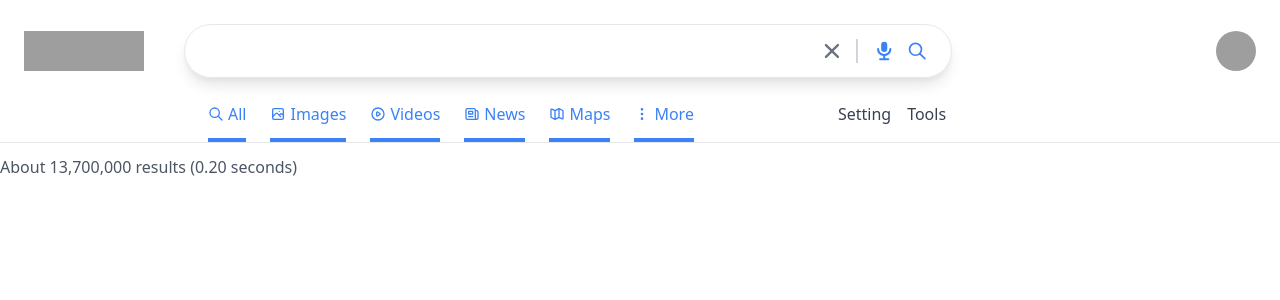
Repository: JuanOnly/google-clone
Page: /search
An editor plug-in stored every save of this project. The page is shown before and after the next save, followed by the edit.
The browser window is 1280 px wide. The pictures show the whole page.
Pictures or frames that could not be fetched are drawn as grey boxes. The project was rebuilt for these pictures with package versions that can differ from the ones it lists, and the page was loaded fresh each time. The framework's server and built-in components were replaced by stand-ins that run in the browser. Also part of the build but not shown: next.config.js, Response.js.

Above is the page before, as saved 2021-05-24 17:02:20.

After the next save:
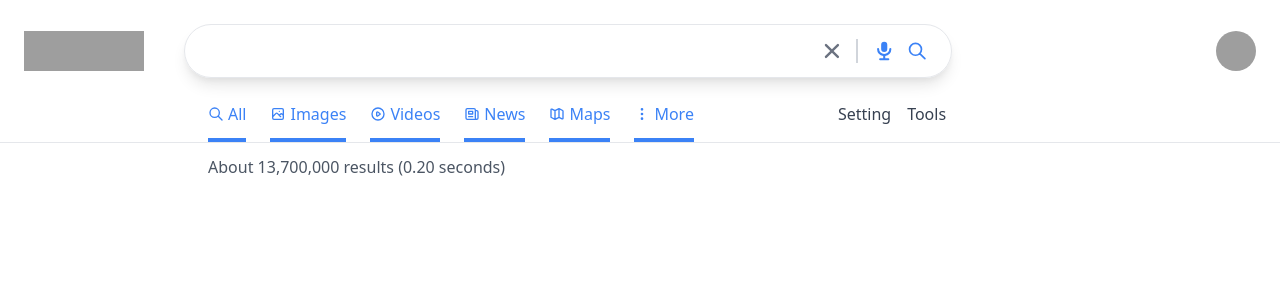
Saved 2 min 5 s later.
--- a/components/SearchResults.js
+++ b/components/SearchResults.js
@@ -1,6 +1,6 @@
 function SearchResults({ results }) {
   return (
-    <div>
+    <div className="mx-auto w-full px-3 sm:pl-[5%] md:pl-[14%] lg:pl-52">
       <p className="text-gray-600 text-base mb-5 mt-3">
         About {results.searchInformation?.formattedTotalResults} results (
         {results.searchInformation?.formattedSearchTime} seconds)
